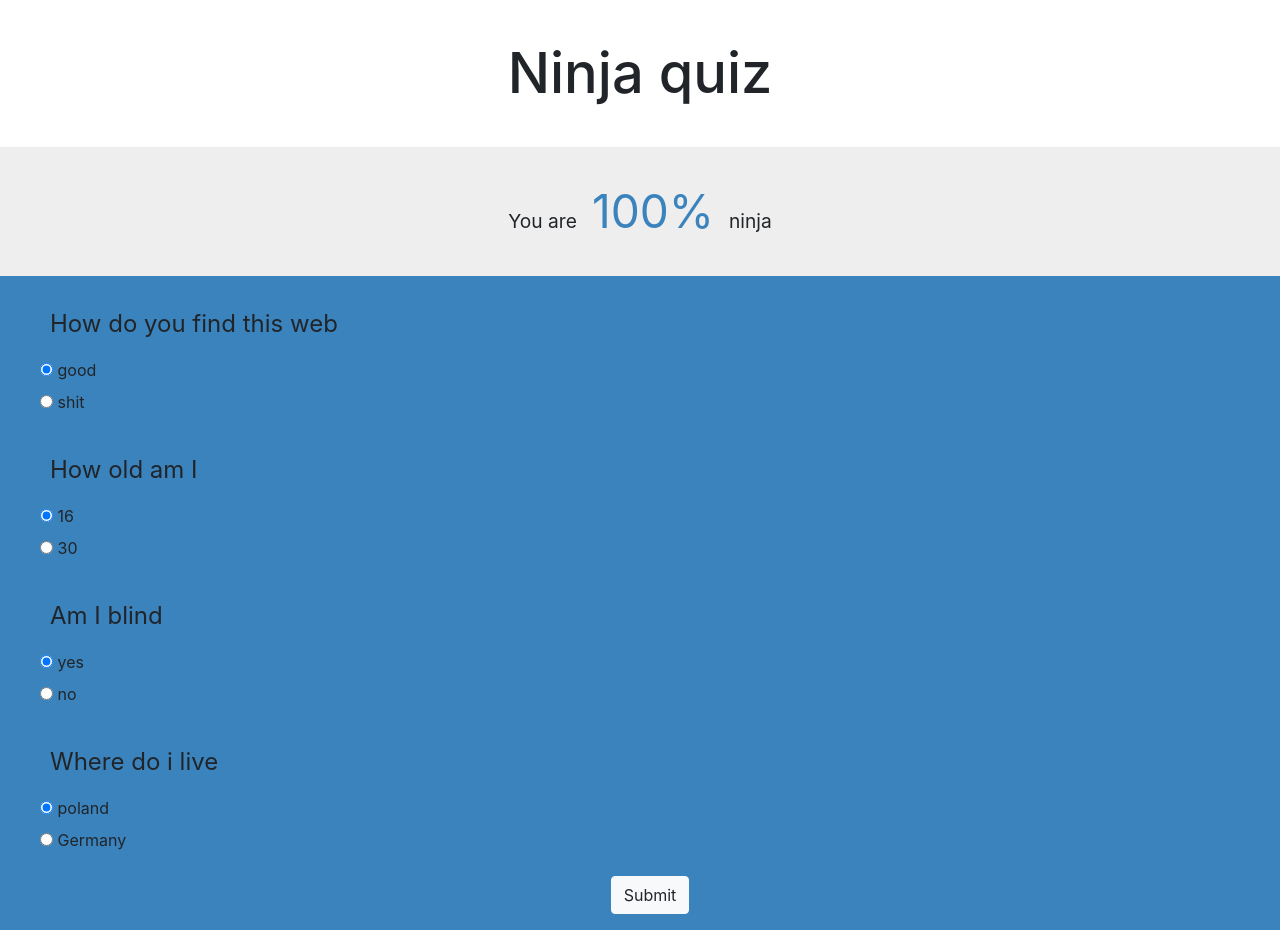
Repository: ajgors/config
Page: Nauka Js/Projekty/Quiz/index.html
The author's editor kept a copy of each file at every save. The page is drawn from the files as they stood at one save, then again after the next save.
The browser window is 1280 px wide. The pictures show the whole page.

Above is the page before, as saved 2019-08-11 18:45:07.
Console error: TypeError: Cannot read properties of null (reading 'addEventListener')

After the next save:
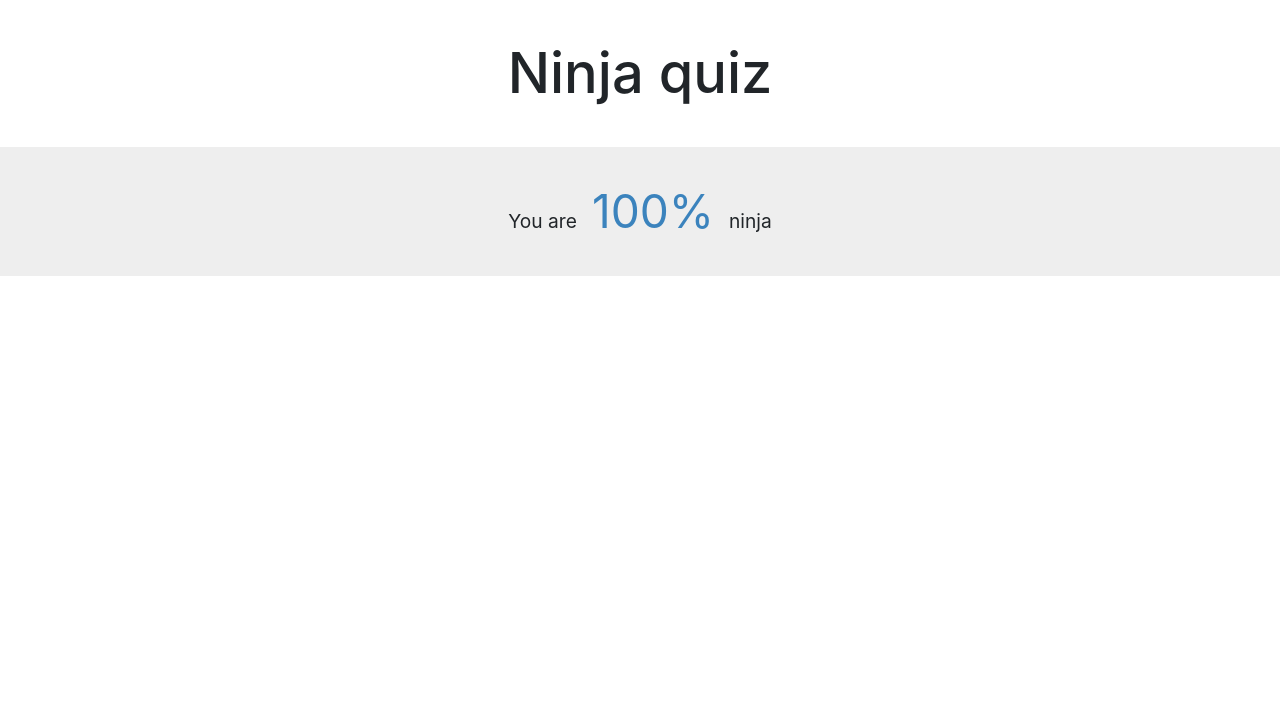
Saved 2 min 44 s later.
--- a/Nauka Js/Projekty/Quiz/index.html
+++ b/Nauka Js/Projekty/Quiz/index.html
@@ -89,7 +89,7 @@
             </form>
         </div> -->
 
-    <div class="quiz">
+    <!-- <div class="quiz">
         <form action="quiz-form">
             <div class="div-question">
                 <p class="question">How do you find this web</p>
@@ -141,7 +141,7 @@
         </form>
     </div>
 
-    </div>
+    </div> -->
 
     <script src="js.js"></script>
 </body>
